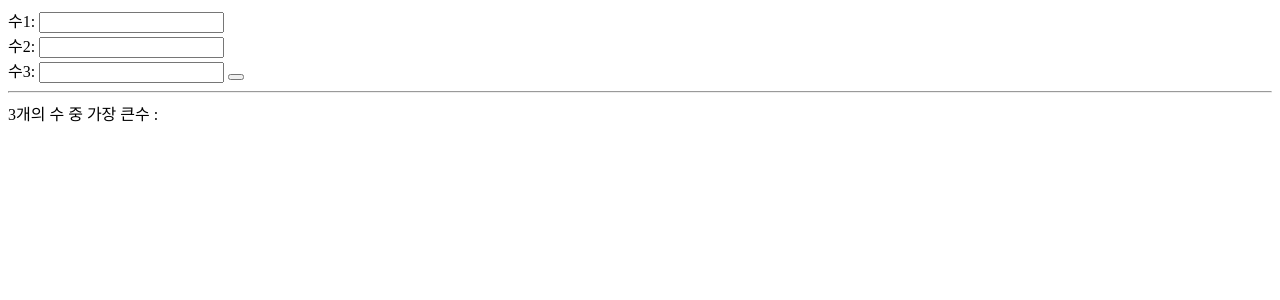
Repository: Jin0207/javaScript
Page: day0103/src/main/webapp/nestedIfTest.html
The author's editor kept a copy of each file at every save. The page is drawn from the files as they stood at one save, then again after the next save.
The browser window is 1280 px wide. The pictures show the whole page.

Above is the page before, as saved 2022-01-03 05:41:11.
Console error: ReferenceError: documnet is not defined

### day0103/src/main/webapp/nestedIfTest.html
<!DOCTYPE html>
<html>
<head>
<meta charset="UTF-8">
<title>Insert title here</title>
<script type="text/javascript">
	window.onload = function() {
		const num1 = documnet.getElementById("num1");
		const num2 = documnet.getElementById("num2");
		const num3 = documnet.getElementById("num3");
		let max = num1;

		if(num2 > max){
			max = num2;
			if(num3 > num2){
				max = num3;
			}
		}

		if(num3 > max){
			max = num3;
			if(num2 > num3){
				max = num2;
			}
		}

		document.getElementById("result").innerHTML = max;
	}
</script>
</head>
<body>
	수1: <input type="number" id="num1"><br>
	수2: <input type="number" id="num2"><br>
	수3: <input type="number" id="num3">
	<button type="button" onclick="max()"></button>
	<hr>
	3개의 수 중 가장 큰수 : <span id="result"></span>
</body>
</html>

After the next save:
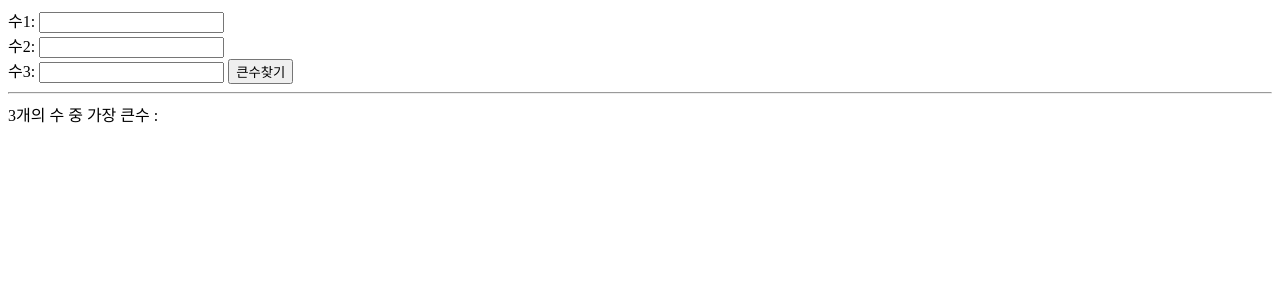
Saved 11 s later.
--- a/day0103/src/main/webapp/nestedIfTest.html
+++ b/day0103/src/main/webapp/nestedIfTest.html
@@ -32,7 +32,7 @@
 	수1: <input type="number" id="num1"><br>
 	수2: <input type="number" id="num2"><br>
 	수3: <input type="number" id="num3">
-	<button type="button" onclick="max()"></button>
+	<button type="button" onclick="max()">큰수찾기</button>
 	<hr>
 	3개의 수 중 가장 큰수 : <span id="result"></span>
 </body>
